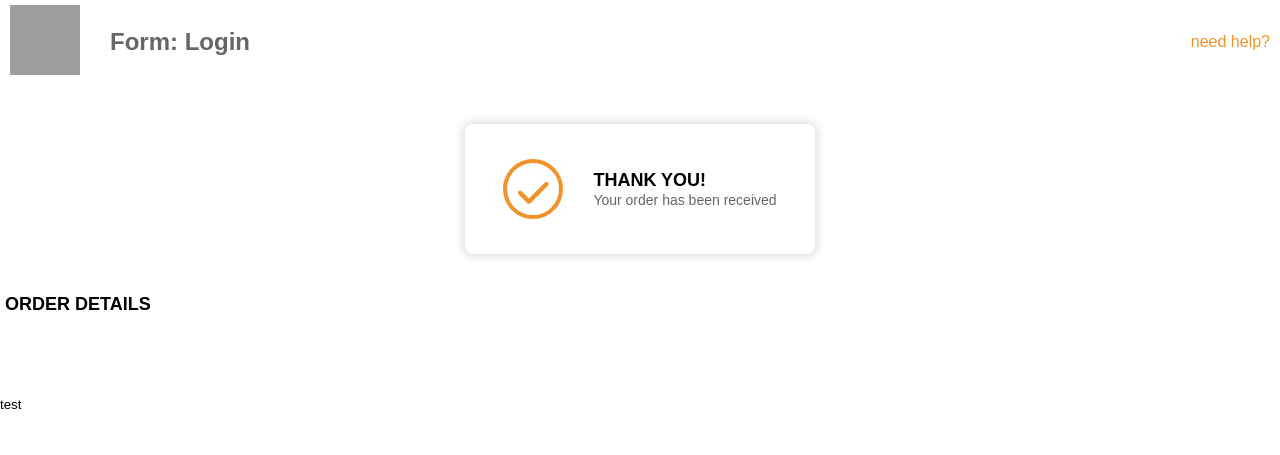
Repository: NguyenDucHung20002/project-homev1
Page: checkout/checkout.html
An editor plug-in stored every save of this project. The page is shown before and after the next save, followed by the edit.
The browser window is 1280 px wide. The pictures show the whole page.
Pictures or frames that could not be fetched are drawn as grey boxes. The style sheet was rebuilt from its Sass, Less or Tailwind sources for each picture, by a compiler version that may differ from the author's.

Above is the page before, as saved 2022-09-20 09:49:39.
Console error: TypeError: test.addEventHandler is not a function

### checkout/checkout.html
<!DOCTYPE html>
<html lang="en">

<head>
    <meta charset="UTF-8">
    <meta http-equiv="X-UA-Compatible" content="IE=edge">
    <meta name="viewport" content="width=device-width, initial-scale=1.0">
    <link rel="stylesheet" href="../reset.css">
    <link rel="stylesheet" href="../fontawesome-free-6.1.2-web/css/all.min.css">
    <link rel="stylesheet" href="../dist/css/checkout.css">
    <title>Document</title>
    <link rel="icon" href="/icon/favicon.png">
</head>

<body>
    <header>
        <div class="header">
            <div class="container">
                <div class="header-right">
                    <a href="../homev1.html"><img
                            src="http://wp.0effortthemes.com/themes/veggie/wp-content/uploads/2016/06/header-v3-logo.png"
                            alt=""></a>
                    <h2 class="name-form">Form: Login</h2>
                </div>
                <div class="header-left">
                    <a href="" class="help">need help?</a>
                </div>
            </div>
        </div>
    </header>

    <div class="content">
        <div class="container">
            <div class="thank-you">
                <i class="fa-solid fa-check"></i>
                <div class="title">
                    <span><strong>THANK YOU!</strong></span><br>
                    <span>Your order has been received</span>
                </div>
            </div>
            <span class="title-order-details"><strong>ORDER DETAILS</strong></span>
            <div class="order-details">

            </div>
        </div>
        <button class="btn-checkout">test</button>
    </div>

</body>

<script src="https://cdnjs.cloudflare.com/ajax/libs/jquery/3.6.0/jquery.min.js"
    integrity="sha512-894YE6QWD5I59HgZOGReFYm4dnWc1Qt5NtvYSaNcOP+u1T9qYdvdihz0PPSiiqn/+/3e7Jo4EaG7TubfWGUrMQ=="
    crossorigin="anonymous" referrerpolicy="no-referrer"></script>
<script src="./checkout.js"></script>

</html>

### reset.css
*,
*::after,
*::before {
  margin: 0;
  padding: 0;
  box-sizing: border-box;
}
a {
  text-decoration: none;
  /* mặc đinh là text-decoration: underline; */
}
ul,
ol {
  list-style: none;
}
input,
button {
  outline: none;
  border: none;
  background: none;
}
table,
th,
td {
  border-collapse: collapse;
}

### checkout/checkout.js
// $(".btn-checkout").click((e) => {
//   e.preventDefault();
// });

const test = document.getElementsByClassName("btn-checkout");
test.addEventHandler("click", (e) => {
  e.preventDefault();
  alert("test");
});

### checkout/checkout.scss
* {
  font-family: "Poppins", sans-serif;
}
body {
  position: relative;
}
.container {
  margin: 0 auto;
  width: 1270px;
}
header {
  width: 100%;
  position: fixed;
  top: 0;
  left: 0;
  z-index: 10000;
  background-color: rgba(#ffffff, 0.8);
  .header {
    .container {
      display: flex;
      align-items: center;
      justify-content: space-between;
      padding: 5px;
      .header-right {
        display: flex;
        justify-content: flex-start;
        align-items: center;
        a {
          img {
            width: 70px;
            height: 70px;
          }
        }
        .name-form {
          color: #666;
          margin-left: 30px;
        }
      }
      .header-left {
        a {
          color: #f0932b;
        }
      }
    }
  }
}
.content {
  .container {
    background-color: #ffffff;
    margin-top: 84px;
    padding: 40px 0px;
    .thank-you {
      display: flex;
      align-items: center;
      justify-content: center;
      width: 350px;
      height: 130px;
      margin: 0 auto;
      border-radius: 8px;
      box-shadow: 0px 0px 10px 2px rgba(0, 0, 0, 0.15);
      i {
        color: #f0932b;
        text-align: center;
        line-height: 60px;
        width: 60px;
        height: 60px;
        border: 4px solid #f0932b;
        border-radius: 50%;
        font-size: 35px;
        font-weight: bold;
        margin-right: 30px;
      }
      .title {
        span {
          font-size: 14px;
          color: #666;
        }
        strong {
          color: black;
          font-size: 18px;
        }
      }
    }
    .title-order-details {
      display: inline-block;
      margin: 40px 0px;
      color: black;
      font-size: 18px;
    }
  }
}

Loaded but not shown: fontawesome-free-6.1.2-web/css/all.min.css (library)

After the next save:
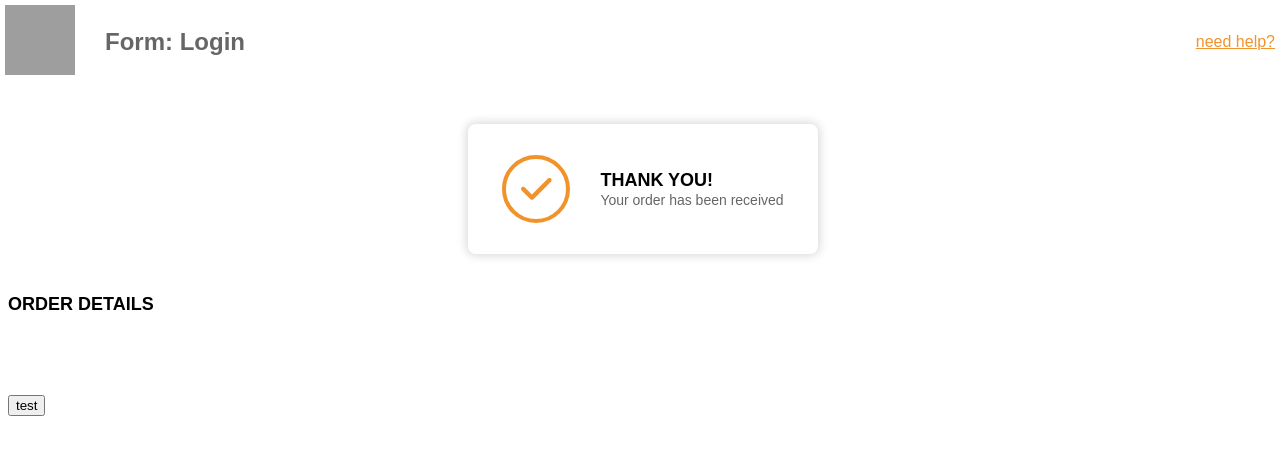
Saved 8 s later.
--- a/checkout/checkout.html
+++ b/checkout/checkout.html
@@ -5,7 +5,7 @@
     <meta charset="UTF-8">
     <meta http-equiv="X-UA-Compatible" content="IE=edge">
     <meta name="viewport" content="width=device-width, initial-scale=1.0">
-    <link rel="stylesheet" href="../reset.css">
+    <!-- <link rel="stylesheet" href="../reset.css"> -->
     <link rel="stylesheet" href="../fontawesome-free-6.1.2-web/css/all.min.css">
     <link rel="stylesheet" href="../dist/css/checkout.css">
     <title>Document</title>
